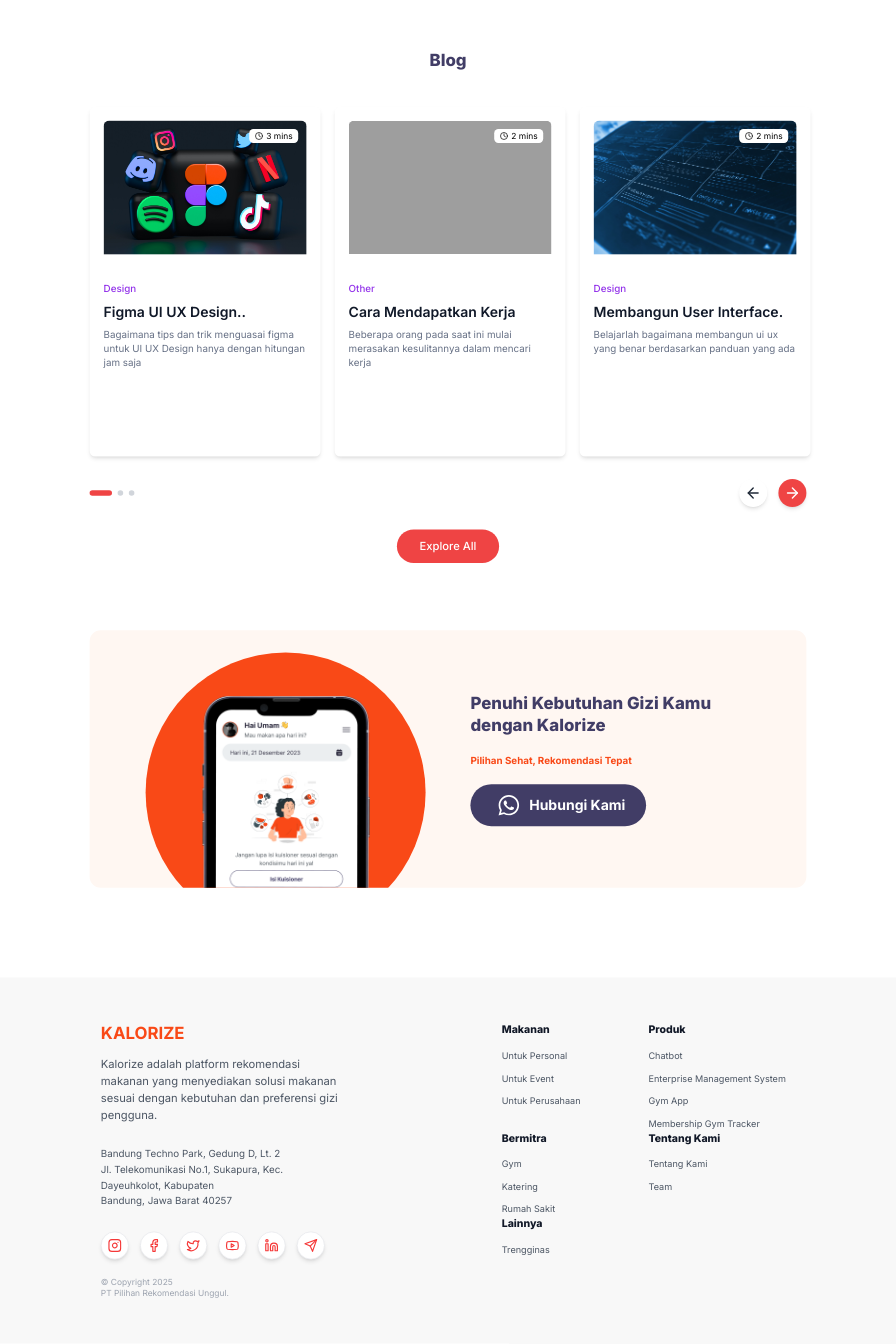
Repository: kalorizeofficial/new-main-web-kalorize
Page: /
The author's editor kept a copy of each file at every save. The page is drawn from the files as they stood at one save, then again after the next save.
The browser window is 1280 px wide. The pictures show the part of the page from y = 1095 to 3015 px (the page is 3015 px tall before and 2959 px after), at 70% of full size.
Pictures or frames that could not be fetched are drawn as grey boxes. The project was rebuilt for these pictures with package versions that can differ from the ones it lists, and the page was loaded fresh each time.

Above is the page before, as saved 2025-03-01 00:53:04.

After the next save:
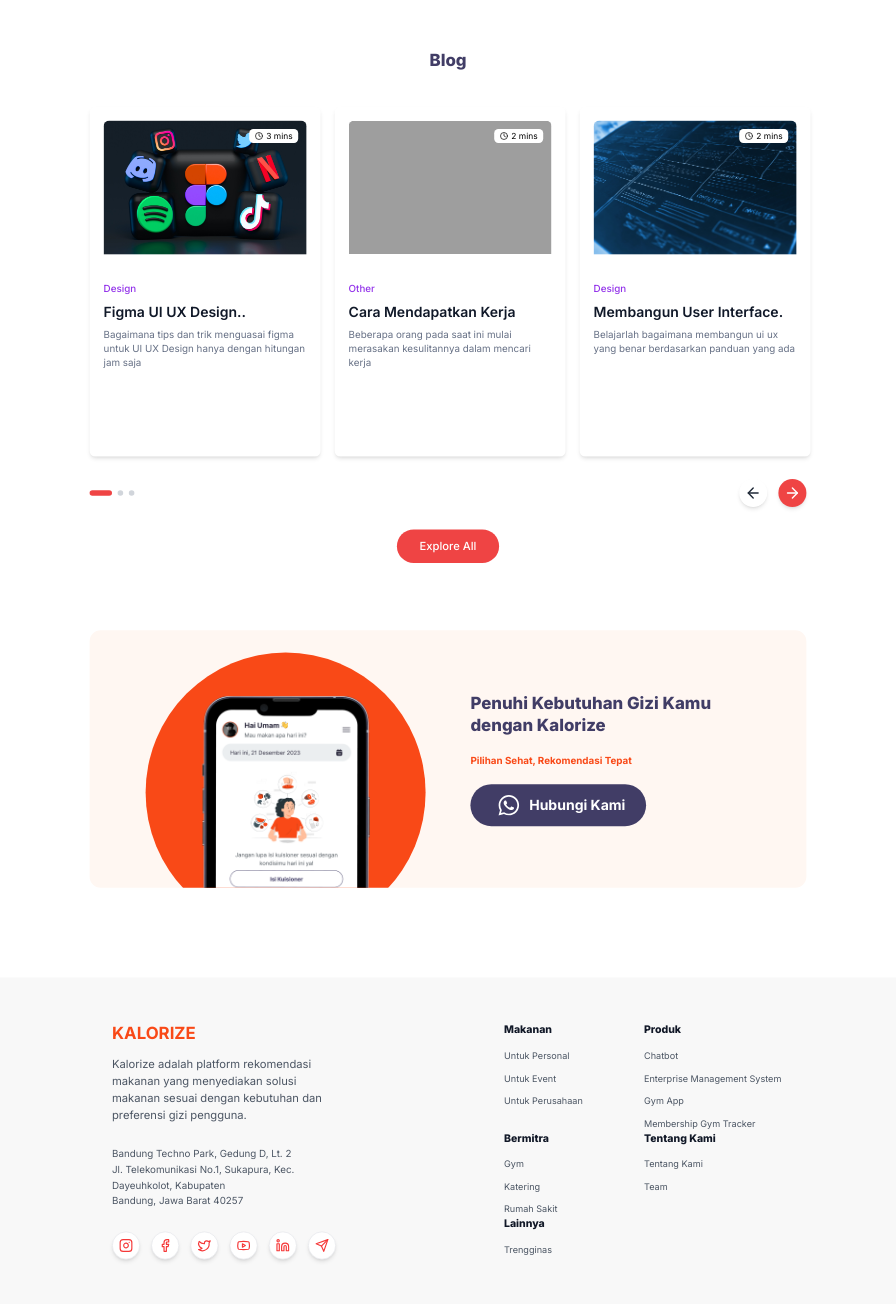
Saved 4 min 48 s later.
--- a/src/components/layout/Footer.jsx
+++ b/src/components/layout/Footer.jsx
@@ -60,50 +60,66 @@
   ];
 
   return (
-    <footer className="bg-[#F8F8F8] py-8 lg:py-16">
-      <div className="max-w-5xl mx-auto px-4 lg:px-18">
+    <footer className="bg-[#F8F8F8] py-6 lg:py-16">
+      <div className="max-w-5xl mx-auto px-6 lg:px-8">
         {/* Mobile Layout */}
-        <div className="lg:hidden">
-          <h1 className="text-2xl font-bold text-[#F94917] mb-2">KALORIZE</h1>
-          <p className="text-sm text-gray-600 mb-4">
-            Kalorize adalah platform rekomendasi makanan yang menyediakan solusi
-            makanan sesuai dengan kebutuhan dan preferensi gizi pengguna.
-          </p>
-          <address className="text-sm text-gray-600 not-italic mb-6">
-            Bandung Techno Park, Gedung D, Lt 2<br />
-            Jl. Telekomunikasi No1, Sukapura, Kec. Dayeuhkolot,
-            <br />
-            Kabupaten Bandung, Jawa Barat 40257
-          </address>
+        <div className="lg:hidden space-y-6">
+          {/* Logo & Description */}
+          <div className="space-y-4">
+            <h1 className="text-xl font-bold text-[#F94917]">KALORIZE</h1>
+            <p className="text-sm text-gray-600 leading-relaxed">
+              Kalorize adalah platform rekomendasi makanan yang menyediakan
+              solusi makanan sesuai dengan kebutuhan dan preferensi gizi
+              pengguna.
+            </p>
+            <address className="text-sm text-gray-600 not-italic leading-relaxed">
+              Bandung Techno Park, Gedung D, Lt 2<br />
+              Jl. Telekomunikasi No1, Sukapura, Kec. Dayeuhkolot,
+              <br />
+              Kabupaten Bandung, Jawa Barat 40257
+            </address>
+          </div>
 
-          {navigationLinks.map((section) => (
-            <div key={section.title} className="mt-6">
-              <h2 className="font-bold text-gray-900">{section.title}</h2>
-              <ul className="mt-2 space-y-1">
-                {section.links.map((link) => (
-                  <li key={link.name}>
-                    <a
-                      href={link.href}
-                      className="text-gray-600 hover:text-gray-900"
-                    >
-                      {link.name}
-                    </a>
-                  </li>
-                ))}
-              </ul>
-            </div>
-          ))}
+          {/* Navigation Links */}
+          <div className="space-y-6">
+            {navigationLinks.map((section) => (
+              <div key={section.title}>
+                <h2 className="text-[15px] font-bold text-gray-900 mb-2">
+                  {section.title}
+                </h2>
+                <ul className="space-y-2">
+                  {section.links.map((link) => (
+                    <li key={link.name}>
+                      <a
+                        href={link.href}
+                        className="text-[13px] text-gray-600 hover:text-gray-900"
+                      >
+                        {link.name}
+                      </a>
+                    </li>
+                  ))}
+                </ul>
+              </div>
+            ))}
+          </div>
 
-          <div className="mt-6 flex space-x-4">
+          {/* Social Links */}
+          <div className="flex flex-wrap gap-3 pt-2">
             {socialLinks.map((social, index) => (
               <a
                 key={index}
                 href={social.href}
-                className="text-gray-500 hover:text-[#F94917]"
+                className="w-8 h-8 rounded-full bg-white border border-gray-200 flex items-center justify-center hover:bg-gray-50 shadow-sm"
               >
-                <social.icon className="w-5 h-5" />
+                <social.icon className="w-4 h-4 text-[#F53838]" />
               </a>
             ))}
+          </div>
+
+          {/* Mobile Copyright */}
+          <div className="text-xs text-gray-400 pt-4">
+            <p>© Copyright 2025</p>
+            <p>PT Pilihan Rekomendasi Unggul.</p>
           </div>
         </div>
 
@@ -173,12 +189,6 @@
             </div>
           </div>
         </div>
-
-        {/* Copyright */}
-        <div className="mt-6 text-xs text-gray-400">
-          <p>© Copyright 2025</p>
-          <p>PT Pilihan Rekomendasi Unggul.</p>
-        </div>
       </div>
     </footer>
   );

After the 2 saves that followed:
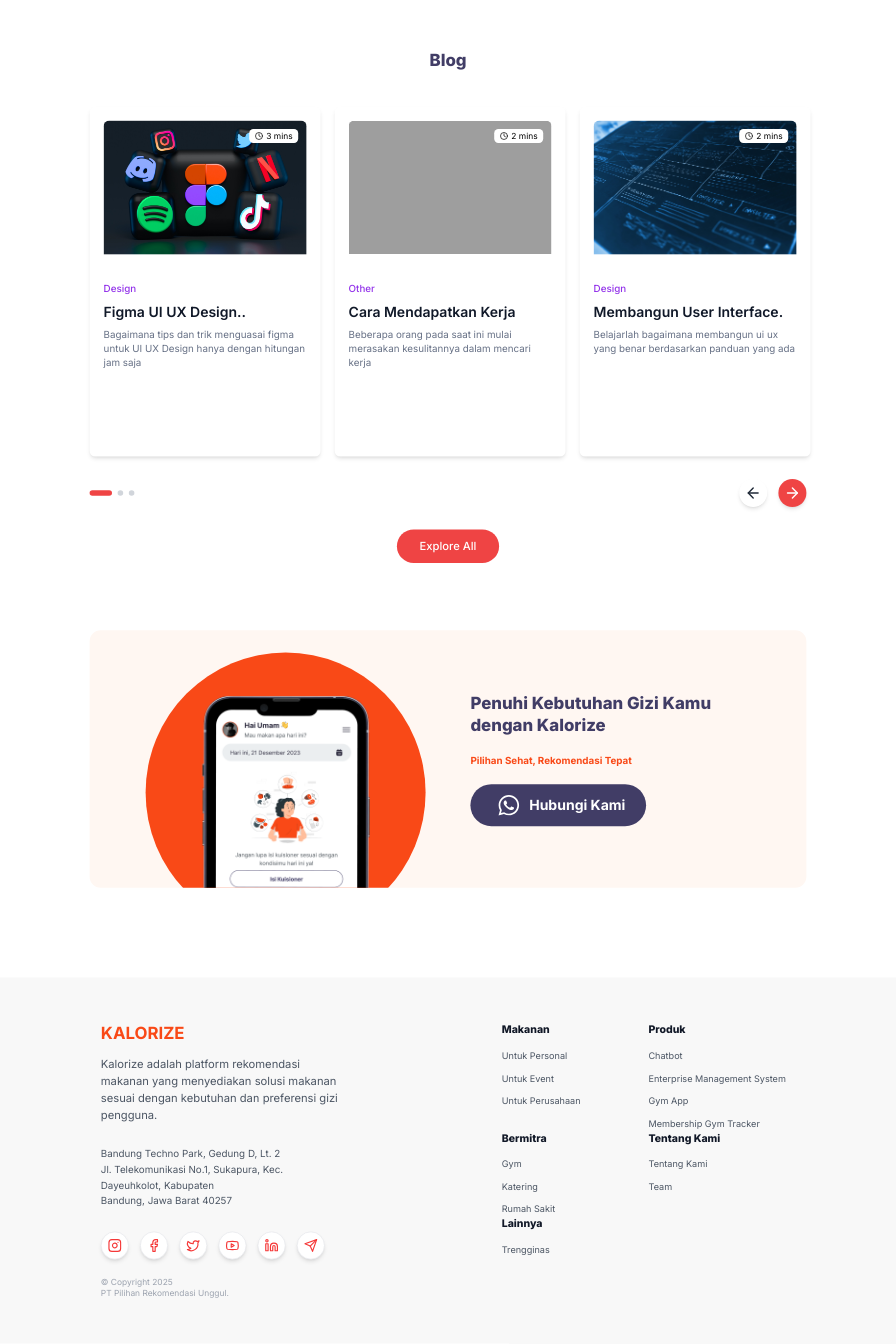
The 2 saves are shown as one change because 1 left the picture as it was.
The last was saved 90 s later.
--- a/src/components/layout/Footer.jsx
+++ b/src/components/layout/Footer.jsx
@@ -60,66 +60,50 @@
   ];
 
   return (
-    <footer className="bg-[#F8F8F8] py-6 lg:py-16">
-      <div className="max-w-5xl mx-auto px-6 lg:px-8">
+    <footer className="bg-[#F8F8F8] py-8 lg:py-16">
+      <div className="max-w-5xl mx-auto px-4 lg:px-18">
         {/* Mobile Layout */}
-        <div className="lg:hidden space-y-6">
-          {/* Logo & Description */}
-          <div className="space-y-4">
-            <h1 className="text-xl font-bold text-[#F94917]">KALORIZE</h1>
-            <p className="text-sm text-gray-600 leading-relaxed">
-              Kalorize adalah platform rekomendasi makanan yang menyediakan
-              solusi makanan sesuai dengan kebutuhan dan preferensi gizi
-              pengguna.
-            </p>
-            <address className="text-sm text-gray-600 not-italic leading-relaxed">
-              Bandung Techno Park, Gedung D, Lt 2<br />
-              Jl. Telekomunikasi No1, Sukapura, Kec. Dayeuhkolot,
-              <br />
-              Kabupaten Bandung, Jawa Barat 40257
-            </address>
-          </div>
+        <div className="lg:hidden">
+          <h1 className="text-2xl font-bold text-[#F94917] mb-2">KALORIZE</h1>
+          <p className="text-sm text-gray-600 mb-4">
+            Kalorize adalah platform rekomendasi makanan yang menyediakan solusi
+            makanan sesuai dengan kebutuhan dan preferensi gizi pengguna.
+          </p>
+          <address className="text-sm text-gray-600 not-italic mb-6">
+            Bandung Techno Park, Gedung D, Lt 2<br />
+            Jl. Telekomunikasi No1, Sukapura, Kec. Dayeuhkolot,
+            <br />
+            Kabupaten Bandung, Jawa Barat 40257
+          </address>
 
-          {/* Navigation Links */}
-          <div className="space-y-6">
-            {navigationLinks.map((section) => (
-              <div key={section.title}>
-                <h2 className="text-[15px] font-bold text-gray-900 mb-2">
-                  {section.title}
-                </h2>
-                <ul className="space-y-2">
-                  {section.links.map((link) => (
-                    <li key={link.name}>
-                      <a
-                        href={link.href}
-                        className="text-[13px] text-gray-600 hover:text-gray-900"
-                      >
-                        {link.name}
-                      </a>
-                    </li>
-                  ))}
-                </ul>
-              </div>
-            ))}
-          </div>
+          {navigationLinks.map((section) => (
+            <div key={section.title} className="mt-6">
+              <h2 className="font-bold text-gray-900">{section.title}</h2>
+              <ul className="mt-2 space-y-1">
+                {section.links.map((link) => (
+                  <li key={link.name}>
+                    <a
+                      href={link.href}
+                      className="text-gray-600 hover:text-gray-900"
+                    >
+                      {link.name}
+                    </a>
+                  </li>
+                ))}
+              </ul>
+            </div>
+          ))}
 
-          {/* Social Links */}
-          <div className="flex flex-wrap gap-3 pt-2">
+          <div className="mt-6 flex space-x-4">
             {socialLinks.map((social, index) => (
               <a
                 key={index}
                 href={social.href}
-                className="w-8 h-8 rounded-full bg-white border border-gray-200 flex items-center justify-center hover:bg-gray-50 shadow-sm"
+                className="text-gray-500 hover:text-[#F94917]"
               >
-                <social.icon className="w-4 h-4 text-[#F53838]" />
+                <social.icon className="w-5 h-5" />
               </a>
             ))}
-          </div>
-
-          {/* Mobile Copyright */}
-          <div className="text-xs text-gray-400 pt-4">
-            <p>© Copyright 2025</p>
-            <p>PT Pilihan Rekomendasi Unggul.</p>
           </div>
         </div>
 
@@ -189,6 +173,12 @@
             </div>
           </div>
         </div>
+
+        {/* Copyright */}
+        <div className="mt-6 text-xs text-gray-400">
+          <p>© Copyright 2025</p>
+          <p>PT Pilihan Rekomendasi Unggul.</p>
+        </div>
       </div>
     </footer>
   );
